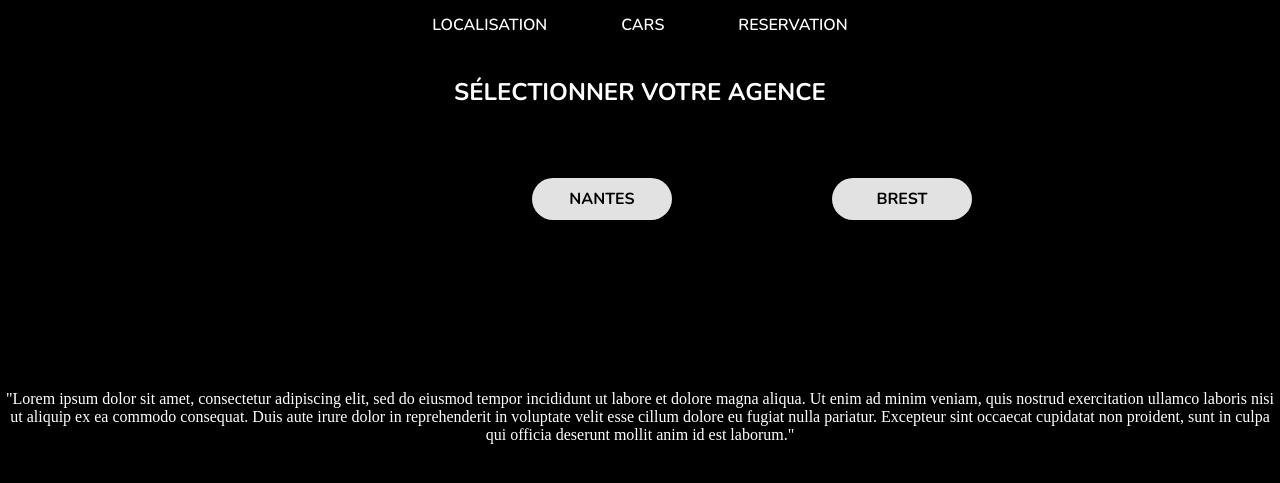
Repository: romgrm/jenaipasdevoiture
Page: src/main/java/fr/romgrm/index.html
These files come from the project's save history. The page is drawn as it stood at one moment and after the next save; the edit follows.
The browser window is 1280 px wide. The pictures show the whole page.
An inner scrolling area shows only its first screen.

Above is the page before, as saved 2020-10-15 21:39:45.

After the next save:
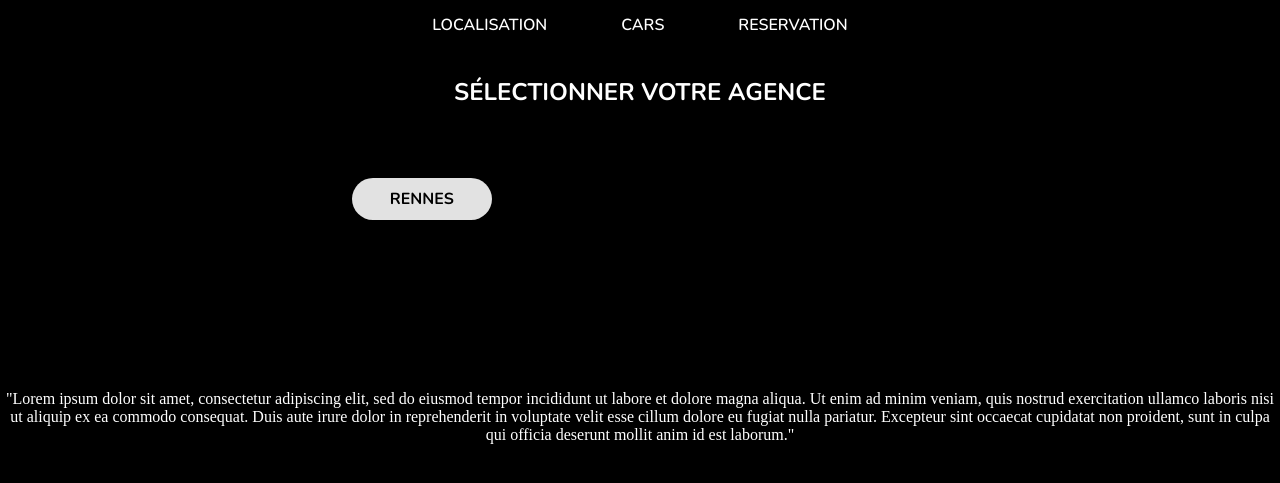
Saved 23 s later.
--- a/src/main/java/fr/romgrm/style.css
+++ b/src/main/java/fr/romgrm/style.css
@@ -136,7 +136,7 @@
     background-color: rgb(80, 133, 163);
 }
 
-.agence{
+#agence{
     background-color: rgb(226, 226, 226);
     padding: 10px 20px;
     width: 100px;

After the save that followed:
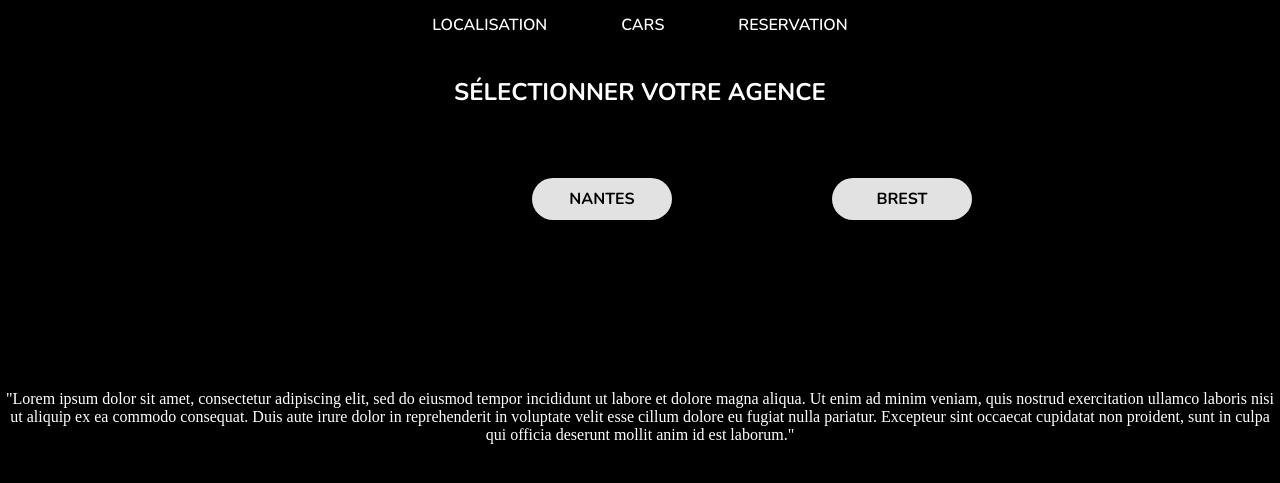
Saved 17 s later.
--- a/src/main/java/fr/romgrm/style.css
+++ b/src/main/java/fr/romgrm/style.css
@@ -132,11 +132,11 @@
     color: white;
 }
 
-li:hover #agence{
+li:hover .agence{
     background-color: rgb(80, 133, 163);
 }
 
-#agence{
+.agence{
     background-color: rgb(226, 226, 226);
     padding: 10px 20px;
     width: 100px;
